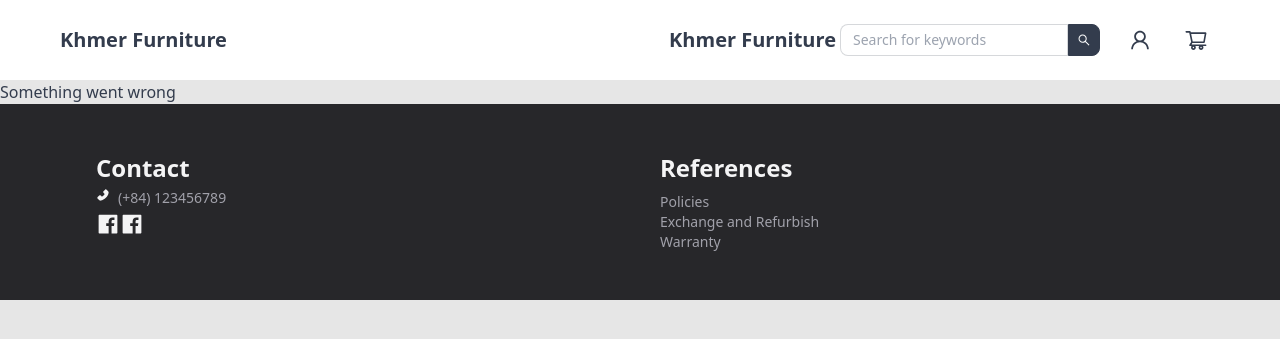
Repository: PlayerNguyen/dotot-shop
Page: /sell (app in client/)
An editor plug-in stored every save of this project. The page is shown before and after the next save, followed by the edit.
The browser window is 1280 px wide. The pictures show the whole page.
The project was rebuilt for these pictures with package versions that can differ from the ones it lists, and the page was loaded fresh each time.

Above is the page before, as saved 2022-12-05 02:21:33.

### client/src/index.html
<!DOCTYPE html>
<html lang="en" data-theme="emerald">
  <head>
    <meta charset="UTF-8" />
    <meta http-equiv="X-UA-Compatible" content="IE=edge" />
    <meta name="viewport" content="width=device-width, initial-scale=1.0" />
    <title>dotot.com - Nơi mua bán đồ cũ</title>
    <link rel="stylesheet" href="./index.css" />
  </head>
  <body>
    <div id="app"></div>

    <script src="./index.js" type="module"></script>
  </body>
</html>

### client/src/index.js
import React, { Suspense } from "react";
import client from "react-dom/client";
import { BrowserRouter } from "react-router-dom";
import App from "./App";
import "./index.css";
const appElement = document.getElementById("app");
let root = client.createRoot(appElement);
import { Provider } from "react-redux";
import { store } from "./stores/globalStore";

root.render(
  <React.StrictMode>
    <BrowserRouter>
      <Provider store={store}>
        <App />
      </Provider>
    </BrowserRouter>
  </React.StrictMode>
);

### client/src/App.jsx
import React, { Suspense } from "react";
import { ToastContainer } from "react-toastify";
import { Link, Route, Routes } from "react-router-dom";
const Home = React.lazy(() => import("./components/Home/Home"));
const Credentials = React.lazy(() =>
  import("./components/Credentials/Credentials")
);
import "react-toastify/dist/ReactToastify.css";
const SignUp = React.lazy(() => import("./components/Credentials/SignUp"));
const SignIn = React.lazy(() => import("./components/Credentials/SignIn"));
import Navbar from "./components/Navbar/Navbar";
const SignOut = React.lazy(() => import("./components/Credentials/SignOut"));
const CredentialSelection = React.lazy(() =>
  import("./components/Credentials/CredentialSelection")
);

import NoMatch from "./components/NoMatch/NoMatch";
import Footer from "./components/Footer/Footer";

const Product = React.lazy(() => import("./components/Product/Product"));
const ProductView = React.lazy(() =>
  import("./components/Product/ProductView")
);
const Profile = React.lazy(() => import("./components/Profile/Profile"));
const ProfileGeneral = React.lazy(() =>
  import("./components/Profile/ProfileGeneral")
);
const RequestSignedIn = React.lazy(() =>
  import("./components/RequestSignedIn/RequestSignedIn")
);

import { AiFillHome, AiOutlineUser } from "react-icons/ai";
const Checkout = React.lazy(() => import("./components/Checkout/Checkout"));

export default function App() {
  return (
    <div className="drawer bg-base-200">
      <input id="app-drawer" type="checkbox" className="drawer-toggle" />

      <div className="drawer-content flex flex-col">
        {/* Navbar */}
        <Suspense>
          <Navbar />
        </Suspense>

        {/* Render home */}
        <Routes>
          <Route path="/">
            <Route
              index
              element={
                <Suspense>
                  <Home />
                </Suspense>
              }
            />
            <Route
              path="/users"
              element={
                <Suspense>
                  <Credentials />
                </Suspense>
              }
            >
              {/* TODO: check whether user is logged in or not, to put current */}
              <Route
                index
                element={
                  <Suspense>
                    <CredentialSelection />
                  </Suspense>
                }
              />
              <Route
                path="/users/sign-up"
                element={
                  <Suspense>
                    <SignUp />
                  </Suspense>
                }
              />
              <Route
                path="/users/sign-in"
                element={
                  <Suspense>
                    <SignIn />
                  </Suspense>
                }
              />
              <Route path="/users/sign-out" element={<SignOut />} />
            </Route>
            <Route
              path="/products"
              element={
                <Suspense>
                  <Product />
                </Suspense>
              }
            >
              <Route
                path=":productId"
                element={
                  <Suspense>
                    <ProductView />
                  </Suspense>
                }
              />
            </Route>
            <Route
              element={
                <Suspense>
                  <RequestSignedIn />
                </Suspense>
              }
            >
              <Route
                path="/profile"
                element={
                  <Suspense>
                    <Profile />
                  </Suspense>
                }
              >
                <Route
                  path="/profile/general"
                  element={
                    <Suspense>
                      <ProfileGeneral />
                    </Suspense>
                  }
                />
              </Route>
            </Route>
            <Route
              path="/checkout"
              element={
                <Suspense>
                  <Checkout />
                </Suspense>
              }
            ></Route>
            <Route path="*" element={<NoMatch />} />
          </Route>
        </Routes>

        {/* Footer */}
        <Footer />
      </div>
      {/* Drawer side */}
      <div className="drawer-side">
        <label htmlFor="app-drawer" className="drawer-overlay"></label>
        <ul className="menu p-4 overflow-y-auto w-80 bg-base-100">
          <li>
            <Link to="/" className="">
              <i>
                <AiFillHome />
              </i>
              <span>Home</span>
            </Link>
          </li>

          <li>
            <Link to="/profile">
              <i>
                <AiOutlineUser />
              </i>
              <span>Users</span>
            </Link>
          </li>
        </ul>
      </div>

      <ToastContainer />
    </div>
  );
}

### client/src/stores/globalStore.ts
import { configureStore } from "@reduxjs/toolkit";
import cartSliceReducer from "../slices/CartSlice";
export const store = configureStore({
  reducer: {
    cart: cartSliceReducer,
  },
});

// Infer the `RootState` and `AppDispatch` types from the store itself
export type RootState = ReturnType<typeof store.getState>;
// Inferred type: {posts: PostsState, comments: CommentsState, users: UsersState}
export type AppDispatch = typeof store.dispatch;

### client/src/components/Navbar/Navbar.jsx
import { useState } from "react";
import {
  AiFillSetting,
  AiOutlineSearch,
  AiOutlineShoppingCart,
  AiOutlineUser,
} from "react-icons/ai";
import { ImExit } from "react-icons/im";
import { FiMenu } from "react-icons/fi";
import { Link } from "react-router-dom";

export default function Navbar() {
  const [cartSize, setCartSize] = useState(0);
  const [signedIn, setSignedIn] = useState(false);

  useState(() => {
    setSignedIn(localStorage.getItem("token") !== null);
  }, [localStorage]);

  return (
    <div className="navbar bg-base-100 lg:px-12">
      {/* Navbar start section */}
      <div className="flex flex-row lg:hidden">
        <label htmlFor="app-drawer" className="drawer-button btn btn-ghost">
          <FiMenu className="text-xl" />
        </label>
      </div>

      <div className="flex-1 px-3">
        <Link to="/">
          <h1 className="text-xl font-bold">Khmer Furniture</h1>
        </Link>
      </div>

      {/* Wide screen  */}
      <div className="hidden lg:flex flex-row gap-1 text-2xl">
      <Link to="/">
          <h1 className="text-xl font-bold">Khmer Furniture</h1>
        </Link>
        {/* Search group */}
        <div>
          <div className=" input-group">
            <input
              className="input input-bordered input-sm"
              placeholder="Search for keywords"
            />
            <button className="btn btn-square btn-sm">
              <AiOutlineSearch />
            </button>
          </div>
        </div>
        {/* Link group */}
        <div className="menu menu-horizontal p-2 rounded-box text-md">
          {!signedIn ? (
            <li>
              <Link to={"/users/"}>
                <AiOutlineUser />
              </Link>
            </li>
          ) : (
            <li>
              <div className="dropdown dropdown-end dropdown-hover block">
                <label tabIndex={0}>
                  <AiOutlineUser />
                </label>
                <ul
                  tabIndex={0}
                  className="menu dropdown-content p-2 shadow bg-base-100 rounded-box w-52 mt-4 text-sm"
                >
                  <li className="block">
                    <Link to="/profile">
                      <AiFillSetting />
                      Profile
                    </Link>
                  </li>
                  <li className="block">
                    <Link to={`/users/sign-out`}>
                      <ImExit />
                      Sign out
                    </Link>
                  </li>
                </ul>
              </div>
            </li>
          )}

          <li>
            <Link to={"/checkout"} className="relative">
              <AiOutlineShoppingCart />
              {cartSize && cartSize > 0 ? (
                <span className="text-sm ">{cartSize}</span>
              ) : null}
            </Link>
          </li>
        </div>
      </div>

      {/* For small screen */}
      <div className="lg:hidden">
        <div className="menu menu-horizontal p-2 rounded-box text-xl">
          {/* Shopping cart */}
          <li>
            <a className="relative">
              <span>
                <AiOutlineShoppingCart />
              </span>
              {cartSize && cartSize > 0 ? (
                <span className="absolute text-sm left-2 top-2 bg-red-400 px-2 rounded-full text-white">
                  {cartSize}
                </span>
              ) : null}
            </a>
          </li>
          {/* Search */}
          <li>
            <a className="relative">
              <AiOutlineSearch />
            </a>
          </li>
        </div>
      </div>
    </div>
  );
}

### client/src/components/NoMatch/NoMatch.jsx
import React from "react";

export default function NoMatch() {
  return <div>Something went wrong</div>;
}

### client/src/components/Footer/Footer.jsx
import React from "react";
import { AiFillFacebook, AiFillPhone } from "react-icons/ai";

export default function Footer() {
  return (
    <div className="footer-wrapper bg-zinc-800 text-zinc-100 md:px-12">
      <footer className="footer p-12 min-h-[20vh] flex flex-col gap-4 sm:flex-row  sm:gap-10">
        <div className="flex flex-col gap-1 flex-1">
          {/* <div className="font-bold text-2xl">General</div> */}
          <div className={`font-bold text-2xl`}>Contact</div>

          <div>
            <div className="flex flex-row gap-2">
              <span>
                <AiFillPhone />
              </span>
              <span className="text-zinc-400">(+84) 123456789</span>
            </div>
            {/* Social medias */}
            <div className="flex flex-row text-2xl my-1">
              <div>
                <AiFillFacebook />
              </div>
              <div>
                <AiFillFacebook />
              </div>
            </div>
          </div>
        </div>

        <div className="flex-1">
          <div className="text-2xl font-bold">References</div>
          <div className="text-zinc-400">
            <div>Policies</div>
            <div>Exchange and Refurbish</div>
            <div>Warranty</div>
          </div>
        </div>
      </footer>
    </div>
  );
}

### client/src/slices/CartSlice.ts
import { createSlice } from "@reduxjs/toolkit";
import type { PayloadAction } from "@reduxjs/toolkit";

const cart = localStorage.getItem(
  process.env.CART_ITEM_KEY_NAME ? process.env.CART_ITEM_KEY_NAME : "cartItems"
);
const initialState = {
  items: cart ? JSON.parse(cart) : new Set(),
};

const CartSlice = createSlice({
  name: "Cart",
  initialState,
  reducers: {
    addCartItem: (state, action: PayloadAction<string>) => {
      if (!state.items.includes(action.payload)) {
        state.items = [...state.items, action.payload];
      }
    },
    removeCartItem: (state, action: PayloadAction<string>) => {
      state.items = [...state.items].filter((ele) => ele !== action.payload);
    },
    clearCartItem: (state) => {
      state.items = [];
    },
  },
});

export const { addCartItem, removeCartItem, clearCartItem } = CartSlice.actions;

export default CartSlice.reducer;

### client/tailwind.config.js
/** @type {import('tailwindcss').Config} */
module.exports = {
  content: ["./src/**/*.{html,js,ts,jsx,tsx}"],
  theme: {
    extend: {},
  },
  plugins: [require("daisyui")],
  // daisyUI config (optional)
  daisyui: {
    styled: true,
    themes: true,
    base: true,
    utils: true,
    logs: true,
    rtl: false,
    prefix: "",
    darkTheme: "dark",
  },
};

Loaded but not shown: client/src/index.css (common file)

After the next save:
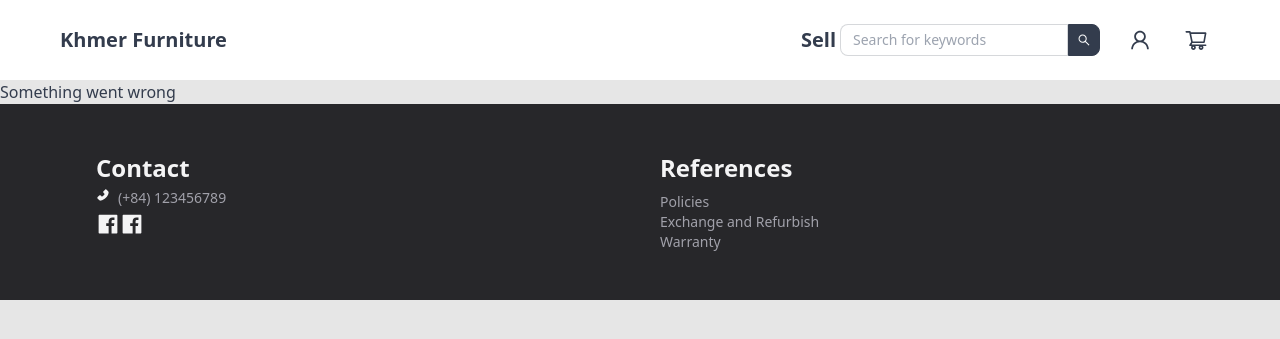
Saved 14 s later.
--- a/client/src/components/Navbar/Navbar.jsx
+++ b/client/src/components/Navbar/Navbar.jsx
@@ -34,8 +34,9 @@ export default function Navbar() {
 
       {/* Wide screen  */}
       <div className="hidden lg:flex flex-row gap-1 text-2xl">
-      <Link to="/">
-          <h1 className="text-xl font-bold">Khmer Furniture</h1>
+      <Link to="/sell">
+          <h1 className="text-xl font-bold">Sell </h1>
+          <span></span>
         </Link>
         {/* Search group */}
         <div>
